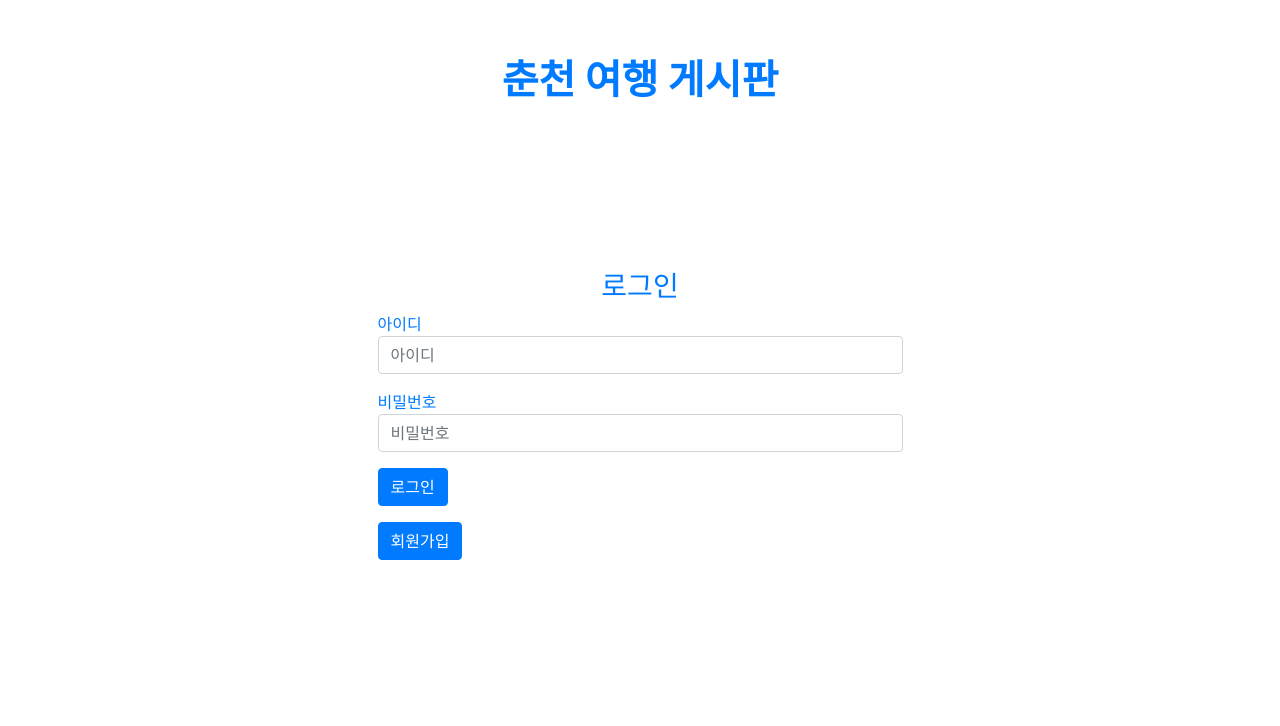
Repository: Seongjoo-Shin/webServer
Page: http://localhost/project/project/login.jsp
These files come from the project's save history. The page is drawn as it stood at one moment and after the next save; the edit follows.
The browser window is 1280 px wide. The pictures show the whole page.
The page is served by Tomcat 9. Other server files are loaded and not shown.

Above is the page before, as saved 2021-06-14 10:59:33.

### 20165514_신성주_웹서버구축_프로젝트_소스코드/project/WebContent/project/login.jsp
<%@ page language="java" contentType="text/html; charset=utf-8"
    pageEncoding="utf-8"%>
<!DOCTYPE html>
<html>
<head>
<meta charset="utf-8">
<title>로그인</title>
<link rel="stylesheet" href="https://stackpath.bootstrapcdn.com/bootstrap/4.3.1/css/bootstrap.min.css" integrity="sha384-ggOyR0iXCbMQv3Xipma34MD+dH/1fQ784/j6cY/iJTQUOhcWr7x9JvoRxT2MZw1T" crossorigin="anonymous">
</head>
<body>
	<div class="container">
	<h1 class="text-primary text-center" style="margin:5% auto;"><strong>춘천 여행 게시판</strong></h1>
		<div class="col-sm-6" style="margin:15% auto;">
		<h3 class="text-center text-primary">로그인</h3>
		<form method="post" action="login_process.jsp">
			<p class="text-primary">아이디<input type="text" name="user_id" class="form-control" placeholder="아이디"></p>
			<p class="text-primary">비밀번호<input type="password" name="user_pwd" class="form-control" placeholder="비밀번호"></p>
			<p><input type="submit" class="btn btn-primary" value="로그인"></p>
			<p><a href="register.jsp" class="btn btn-primary">회원가입</a>
		</form>
		</div>
	</div>
</body>
</html>

After the next save:
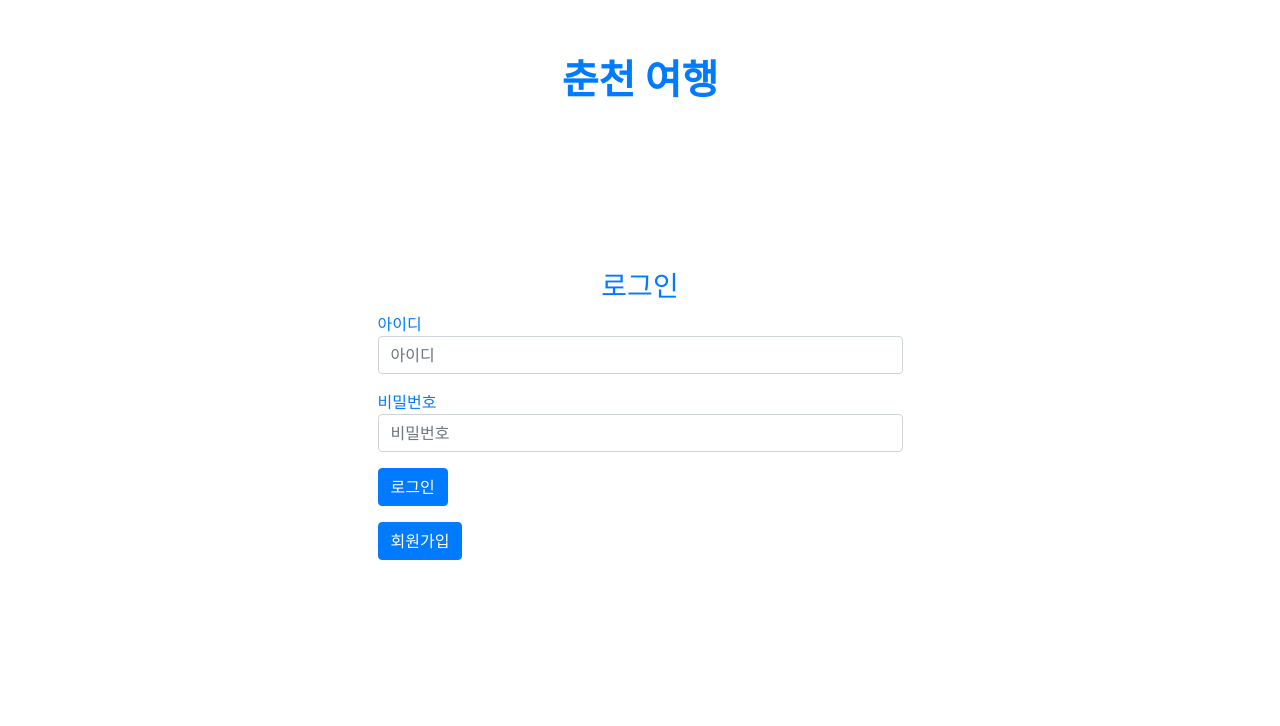
Saved 5 min 59 s later.
--- a/20165514_신성주_웹서버구축_프로젝트_소스코드/project/WebContent/project/login.jsp
+++ b/20165514_신성주_웹서버구축_프로젝트_소스코드/project/WebContent/project/login.jsp
@@ -9,7 +9,7 @@
 </head>
 <body>
 	<div class="container">
-	<h1 class="text-primary text-center" style="margin:5% auto;"><strong>춘천 여행 게시판</strong></h1>
+	<h1 class="text-primary text-center" style="margin:5% auto;"><strong>춘천 여행</strong></h1>
 		<div class="col-sm-6" style="margin:15% auto;">
 		<h3 class="text-center text-primary">로그인</h3>
 		<form method="post" action="login_process.jsp">
